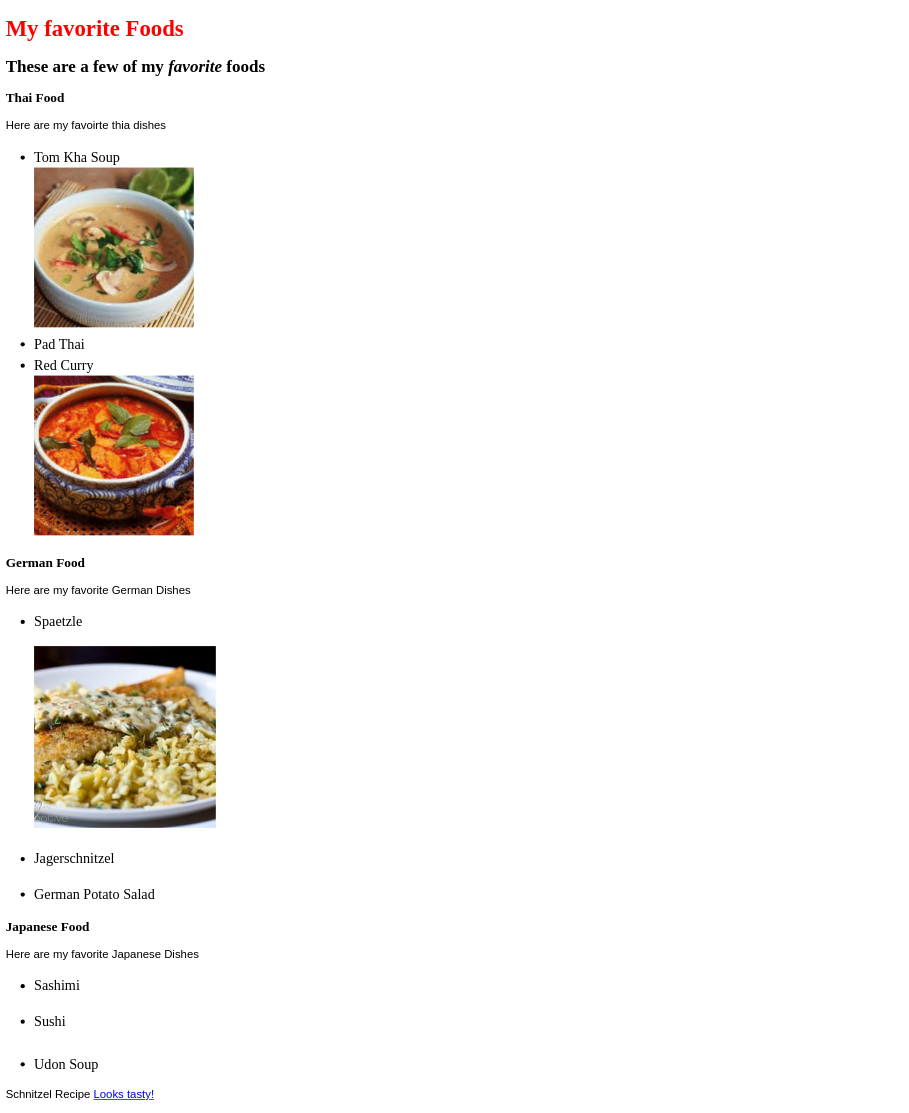
Repository: fieldceleste/my-first-webpage
Page: my-favorite-foods.html
An editor plug-in stored every save of this project. The page is shown before and after the next save, followed by the edit.
The browser window is 1280 px wide. The pictures show the whole page, at 71% of full size.

Above is the page before, as saved 2019-10-24 20:41:39.

### my-favorite-foods.html
<!DOCTYPE html>
<html>
  <head>
   <title>Celeste's Favorite Foods</title>
  </head>
     <link href="css/styles.css" rel="stylesheet" type="text/css"
  <body>

    <h1>My favorite Foods</h1>
    <h2>These are a few of my <em>favorite</em> foods</h2>

    <h3><strong>Thai Food</strong></h3>
    <p>Here are my favoirte thia dishes</p>
      <ul>
        <li>Tom Kha Soup</li>
      <img src="img/tomkha.jpeg" alt="picture of tom kha soup">
        <li>Pad Thai</li>
        <li>Red Curry</li>
      <img src="img/redcurry.jpeg" alt="picture of red curry">

      </ul>
    <h3><strong>German Food</strong></h3>
    <p>Here are my favorite German Dishes</p>
      <ul>
           <li>Spaetzle</li><p>
      <img src="img/spaetzle.jpeg" alt="picture of spaetzle"></p>
           <li>Jagerschnitzel</li>

    </p>
           <li>German Potato Salad</li>
      </ul>

    <h3><strong>Japanese Food</strong></h3>
    <p>Here are my favorite Japanese Dishes</p>
    <ul>
      <li>Sashimi</li><p> <a href=></a></p>
      <li>Sushi</li><img src="" alt="">
      <li>Udon Soup</li>
      </ul>
    </p>
  </body>
</html>



<p>Schnitzel Recipe <a href=https://www.allrecipes.com/recipe/60708/jagerschnitzel>Looks tasty!</a>

### css/styles.css
h1 {
    color:red;
}

h2 {
    font-style: italic
    text-align: center;
}

p{ font-family: sans-serif;

}

ul {
    font-size: 20px;
    line-height: 30px;
}

After the next save:
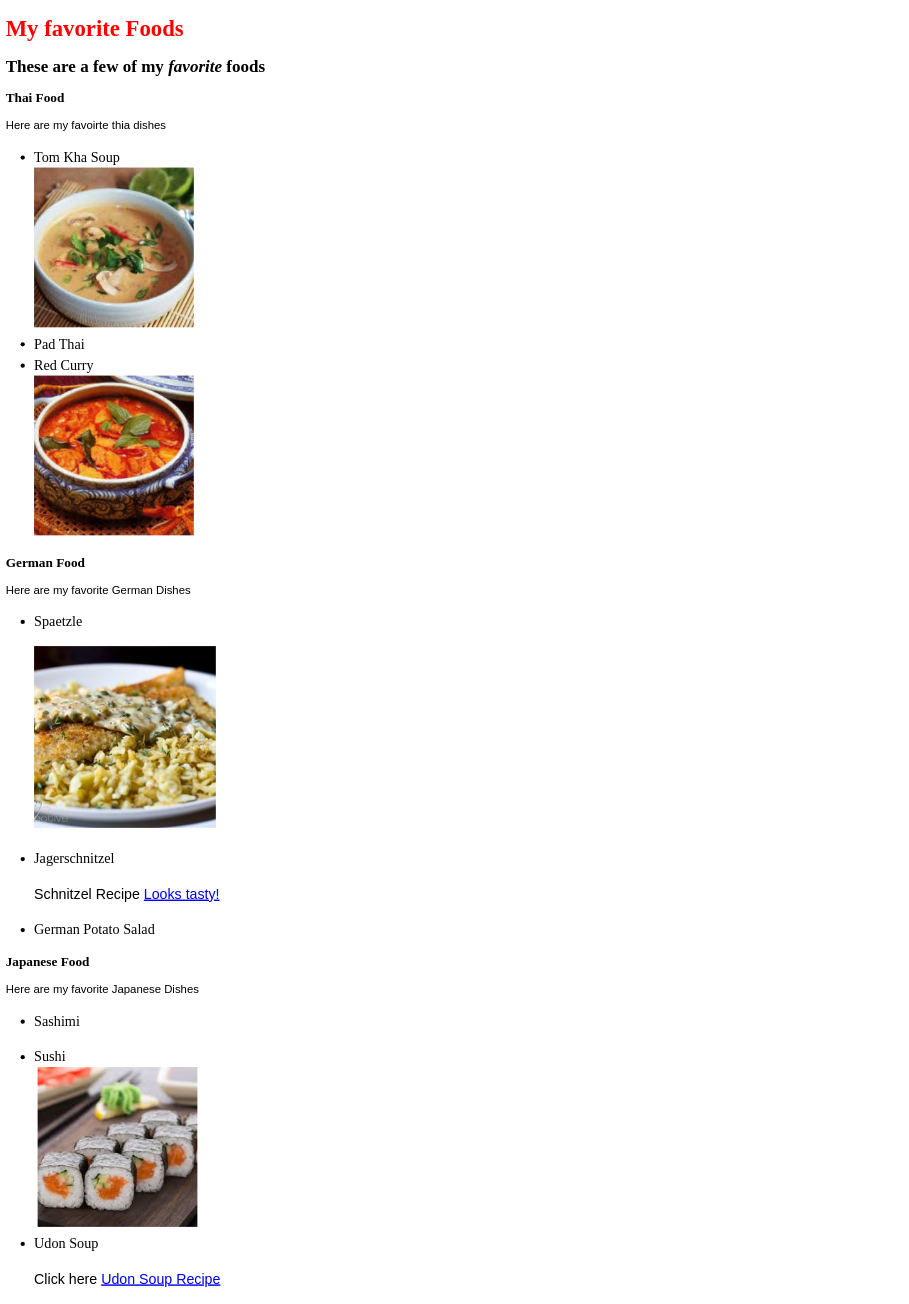
Saved 3 min 22 s later.
--- a/my-favorite-foods.html
+++ b/my-favorite-foods.html
@@ -25,7 +25,7 @@
            <li>Spaetzle</li><p>
       <img src="img/spaetzle.jpeg" alt="picture of spaetzle"></p>
            <li>Jagerschnitzel</li>
-
+    <p>Schnitzel Recipe <a href=https://www.allrecipes.com/recipe/60708/jagerschnitzel>Looks tasty!</a>
     </p>
            <li>German Potato Salad</li>
       </ul>
@@ -35,12 +35,11 @@
     <ul>
       <li>Sashimi</li><p> <a href=></a></p>
       <li>Sushi</li><img src="" alt="">
+      <img src="img/sushi.jpeg" alt="picture of sushi">
       <li>Udon Soup</li>
+     <p>Click here <a href=https://www.allrecipes.com/recipe/60708/jagerschnitzel>Udon Soup Recipe</a>
+      </p>
       </ul>
     </p>
   </body>
 </html>
-
-
-
-<p>Schnitzel Recipe <a href=https://www.allrecipes.com/recipe/60708/jagerschnitzel>Looks tasty!</a>
